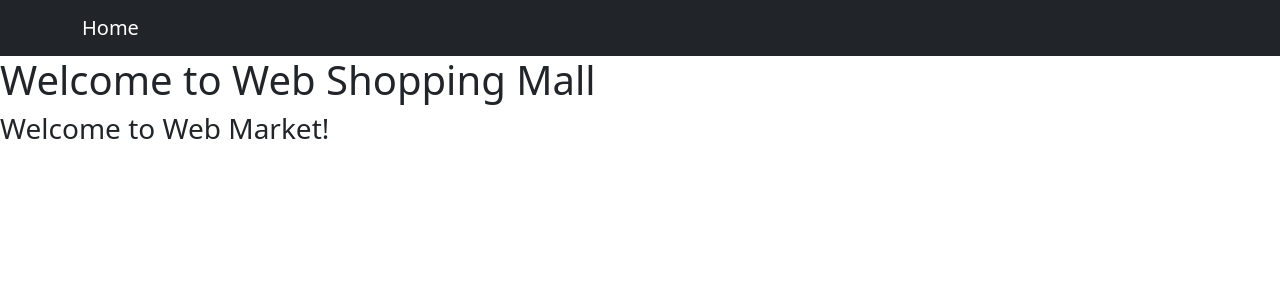
Repository: CheolHo-0428/JSP-Web-Programming
Page: http://localhost/WebMarket/welcome.jsp
The author's editor kept a copy of each file at every save. The page is drawn from the files as they stood at one save, then again after the next save.
The browser window is 1280 px wide. The pictures show the whole page.
The page is served by Tomcat 9. Other server files are loaded and not shown.

Above is the page before, as saved 2021-05-06 14:39:58.

### WebMarket/src/main/webapp/welcome.jsp
<%@ page language="java" contentType="text/html; charset=UTF-8"
    pageEncoding="UTF-8"%>
<!DOCTYPE html>
<html>
<head>
<meta charset="UTF-8">
<title>Welcome</title>
</head>
<!-- Bootstrap CSS -->
    <link href="https://cdn.jsdelivr.net/npm/bootstrap@5.0.0/dist/css/bootstrap.min.css"
    	rel="stylesheet">
<body>
	<nav class="navbar navbar-expand navbar-dark bg-dark">
		<div class="container">
			<a class = "navbar-brand" href="./welcome.jsp">Home</a>
		</div>
	</nav>

	<%
		String greeting = "Welcome to Web Shopping Mall";
		String tagline = "Welcome to Web Market!";
	%>
	<h1><%= greeting %></h1>
	<h3><%= tagline %></h3>


</body>
</html>

After the next save:
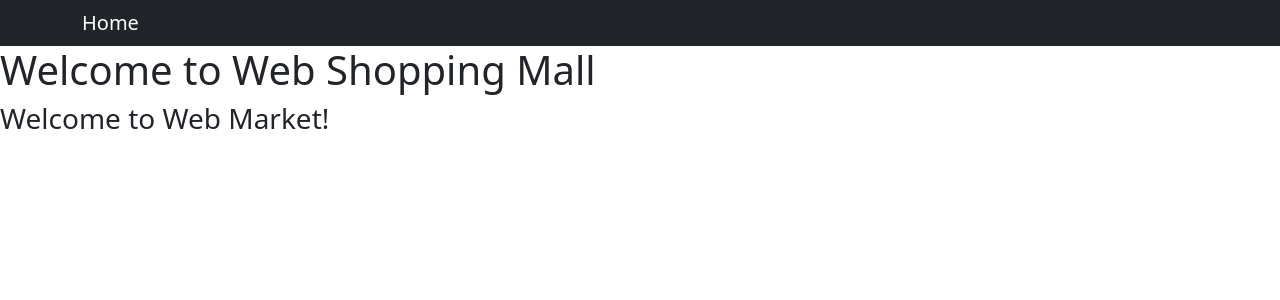
Saved 113 s later.
--- a/WebMarket/src/main/webapp/welcome.jsp
+++ b/WebMarket/src/main/webapp/welcome.jsp
@@ -12,7 +12,9 @@
 <body>
 	<nav class="navbar navbar-expand navbar-dark bg-dark">
 		<div class="container">
-			<a class = "navbar-brand" href="./welcome.jsp">Home</a>
+			<div class = "navbar-header">
+				<a class = "navbar-brand" href="./welcome.jsp">Home</a>
+			</div>
 		</div>
 	</nav>
 
